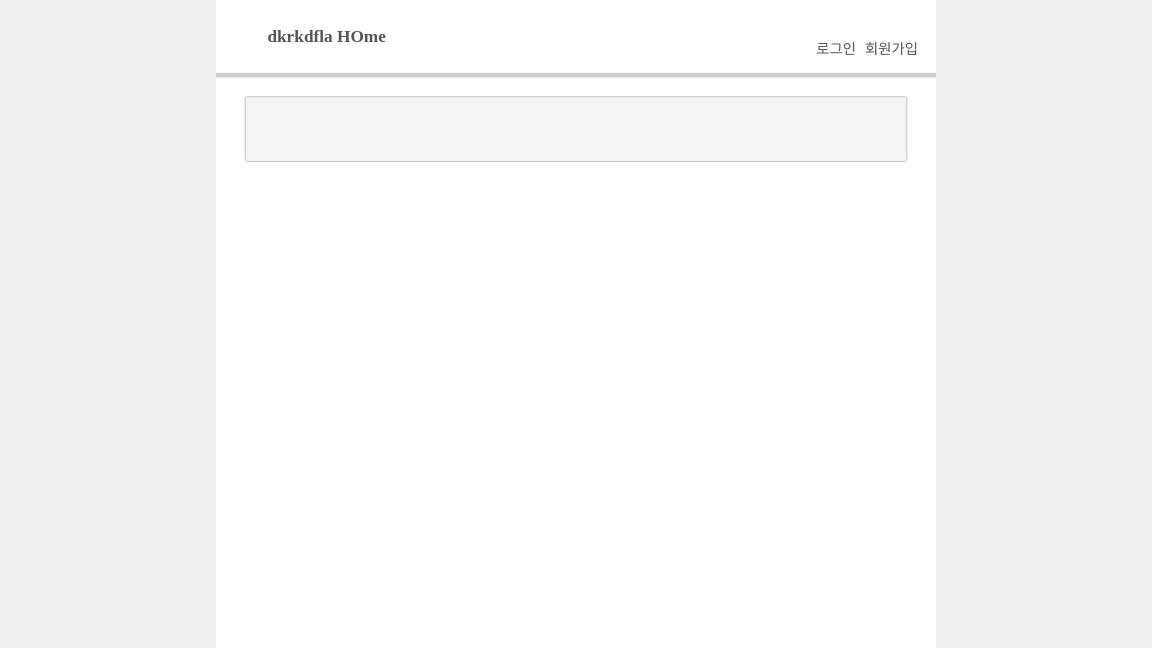
Repository: Dusajang/JSPClass
Page: http://localhost/jspPro/days02/ex03.jsp
These files come from the project's save history. The page is drawn as it stood at one moment and after the next save; the edit follows.
The browser window is 1280 px wide. The pictures show the whole page, at 90% of full size.
Some web fonts or font styles are not loaded; a fallback is used. The page is served by Tomcat 9. Other server files are loaded and not shown.

Above is the page before, as saved 2024-10-16 06:15:17.

### jspPro/src/main/webapp/days02/ex03.jsp
<%@ page contentType="text/html; charset=UTF-8" pageEncoding="UTF-8"%>
<!DOCTYPE html>
<html>
<head>
<meta charset="UTF-8">
<title>Insert title here</title>
<link rel="shortcut icon" type="image/x-icon" href="http://localhost/jspPro/images/SiSt.ico">
<script src="https://ajax.googleapis.com/ajax/libs/jquery/3.7.1/jquery.min.js"></script>
<meta name="viewport" content="width=device-width, initial-scale=1.0">
<meta name="google" content="notranslate">
<link rel="stylesheet" href="http://localhost/jspPro/resources/cdn-main/example.css">
<script src="http://localhost/jspPro/resources/cdn-main/example.js"></script>
<style>
 span.material-symbols-outlined{
    vertical-align: text-bottom;
 }
</style>
</head>
<body>
<header>
  <h1 class="main"><a href="#" style="position: absolute;top:30px;">dkrkdfla HOme</a></h1>
  <ul>
    <li><a href="#">로그인</a></li>
    <li><a href="#">회원가입</a></li>
  </ul>
</header>
<div>
  <xmp class="code">

  </xmp>
</div>
</body>
</html>

### jspPro/src/main/webapp/resources/cdn-main/example.css
@charset "UTF-8";

@import url('https://fonts.googleapis.com/css2?family=Material+Symbols+Outlined:opsz,wght,FILL,GRAD@20..48,100..700,0..1,-50..200');

@font-face {
    font-family: 'GmarketSansMedium';
    src: url('https://cdn.jsdelivr.net/gh/projectnoonnu/noonfonts_2001@1.1/GmarketSansMedium.woff') format('woff');
    font-weight: normal;
    font-style: normal;
}

:root {
	--text-color: #555;
	--sub-text-color: #777;
	--back-color: #EFEFEF;
	--header-color: #444;
	--primary-color: #DEDEDE;
	--secondary-color: #EFEFEF;
	--default-width: 800px;
	--narrow-width: 500px;
	--wide-width: 1200px;
	--text-font: 'GmarketSansMedium';
	--icon-font: 'Material Symbols Outlined';
	--border-color: #CCC;
}

html, body {
	margin: 0;
	padding: 0;
}

html {
	background-color: var(--back-color);
	display: flex;
	justify-content: center;
	min-height: 100vh;
}

body, body.default {
	width: var(--default-width);
	background-color: white;
	padding-bottom: 120px;
}

body.wide {
	width: var(--wide-width);
}

body.narrow {
	width: var(--narrow-width);
}



body, p, div, span, a, input, select, option, textarea, button, table, th, td, label, fieldset, legend {
	font-family: var(--text-font);
	color: var(--text-color);
}

h1, h2, h3 {
	font-family: var(--text-font);
	color: var(--header-color);
	padding: 0 1rem;
	padding-top: .5rem;
}

div > h1, div > h2, div > h3 {
	padding: 0;
}

body > div, body > main > div {
	padding: 0.3rem 1rem;
}


h1 { font-size: 2rem; border-bottom: 1px solid var(--border-color); }
h1 small { font-size: 1.2rem; color: var(--sub-text-color); }
h2 { font-size: 1.5rem; border-bottom: 1px dashed var(--border-color); }
h2 small { font-size: 1.1rem; color: --sub-text-color; }
h3 { font-size: 1.2rem; }
h3 small { font-size: 1rem; color: --sub-text-color; }



h1.main::before {
	font-family: var(--icon-font);
  	content: '\e666';
  	margin-right: 10px;
  	float: left;
	font-size: 2.5rem;
}

h1.sub::before {
	font-family: var(--icon-font);
  	content: '\ea19';
  	margin-right: 10px;
  	float: left;
	font-size: 2.5rem;
}


h1.page::before {
	font-family: var(--icon-font);
  	content: '\e0e0';
  	margin-right: 10px;
  	float: left;
	font-size: 2.5rem;
}

body > header > ul > li > .active{
	background-color: #FFF;
	color:#F00;
}

body > header {
	display: flex;
	justify-content: space-between;
	border-bottom: 5px solid var(--border-color);
	min-height: 74px;
	background-color: #FFF;
}

body > header.sticky {
	position: sticky;
	top: 0;
	z-index: 98;
}

body > header > h1 {
	font-size: 1.2rem;
	border: 0;
}

body > header.in > h1::before {
	font-family: var(--icon-font);
  	content: '\e332‥';
  	margin-right: 3px;
  	float: left;
	font-size: 2rem;
}


body > header > ul {
	list-style-type: none;
	display: flex;
	align-items: flex-end;
	margin-right: 10px;
}

body > header > ul > li {
	margin-right: 10px;
	cursor: pointer;
}

body > header > ul > li > a {
	cursor: pointer;
}


form {
	display: block;
}

form > div {
	padding: 0.3rem 1rem;
}

div > form > div {
	padding: 0.3rem 0;
}

input, textarea, button, select {
	border: 1px solid #BBB;
	border-radius: 3px;
	outline: none;
	resize: none;
	padding: 7px;
	margin: 0;
}

input[type=text]:read-only, textarea:read-only {
	cursor: not-allowed;
	background-color: #FFF;
}

input[type=text]:disabled, textarea:disabled {
	cursor: not-allowed;
	background-color: #EEE;
}

input[type=text], input[type=password], textarea, button, select {
	/* width: 300px; */
}

textarea {
	display: block;
	height: 100px;
}

input[type=button], input[type=submit], button {
	/* width: inherit; */
}

input.short, textarea.short, button.short, select.short {
	width: 100px;
}

input.long, textarea.long, button.long, select.long {
	width: 350px;
}

.narrow input.long, .narrow textarea.long, .narrow button.long, .narrow select.long {
	width: calc(100% - 20px);
}

input.full, textarea.full, button.full, select.full {
	width: calc(100% - 20px);
}

textarea.short {
	height: 50px;
}

textarea.long {
	height: 100px;
}

textarea.full {
	height: 200px;
}

input, textarea {
	padding-top: 8px;
}

input[type=button], input[type=submit], button {
	padding: 5px 10px;
	background-color: var(--secondary-color);
	cursor: pointer;
	min-height: 36px;
}

input[type=button].primary, input[type=submit].primary, button.primary {
	/* background-color: rgba(100, 149, 237, .2); */
	background-color: var(--primary-color);
}

input[type=button].primary:hover, input[type=submit].primary:hover, button.primary:hover {
	/* background-color: rgba(100, 149, 237, .3); */
	background-color: var(--secondary-color);
}

input[type=button]:hover, input[type=submit]:hover, button:hover {
	background-color: var(--primary-color);
}

button {
	position: relative;
	left: 0;
	top: 0;
	padding-left: 35px;
}

button .material-symbols-outlined {
	position: absolute;
	left: 10px;
	top: 4px;
}

/* k2nik add */
button.login::before {
	font-family: var(--icon-font);
  	content: '\ea77';
	position: absolute;
	left: 11px;
	top: 4px;
	font-size: 1.25rem;
}

/* k2nik logout */
button.logout::before {
	font-family: var(--icon-font);
  	content: '\e9ba';
	position: absolute;
	left: 11px;
	top: 4px;
	font-size: 1.25rem;
}

/* k2nik help */
button.help::before {
	font-family: var(--icon-font);
  	content: '\f1c0';
	position: absolute;
	left: 11px;
	top: 4px;
	font-size: 1.25rem;
}

button.add::before{
	font-family: var(--icon-font);
  	content: '\e746';
	position: absolute;
	left: 11px;
	top: 4px;
	font-size: 1.25rem;
}

button.back::before {
	font-family: var(--icon-font);
  	content: '\e166';
	position: absolute;
	left: 11px;
	top: 4px;
	font-size: 1.25rem;
}

button.list::before {
	font-family: var(--icon-font);
  	content: '\e0ee';
	position: absolute;
	left: 11px;
	top: 4px;
	font-size: 1.25rem;
}


button.del::before {
	font-family: var(--icon-font);
  	content: '\e872';
	position: absolute;
	left: 11px;
	top: 4px;
	font-size: 1.25rem;
}


button.edit::before {
	font-family: var(--icon-font);
  	content: '\e745';
	position: absolute;
	left: 11px;
	top: 4px;
	font-size: 1.25rem;
}


button.login::before {
	font-family: var(--icon-font);
  	content: '\ea77';
	position: absolute;
	left: 11px;
	top: 4px;
	font-size: 1.25rem;
}


button.logout::before {
	font-family: var(--icon-font);
  	content: '\e9ba';
	position: absolute;
	left: 11px;
	top: 4px;
	font-size: 1.25rem;
}


button.in::before {
	font-family: var(--icon-font);
  	content: '\f71a';
	position: absolute;
	left: 11px;
	top: 4px;
	font-size: 1.25rem;
}


button.out::before {
	font-family: var(--icon-font);
  	content: '\f70e';
	position: absolute;
	left: 11px;
	top: 4px;
	font-size: 1.25rem;
}


button.reply::before {
	font-family: var(--icon-font);
  	content: '\e15e';
	position: absolute;
	left: 11px;
	top: 4px;
	font-size: 1.25rem;
}


button.comment::before {
	font-family: var(--icon-font);
  	content: '\e0b9';
	position: absolute;
	left: 11px;
	top: 4px;
	font-size: 1.25rem;
}


button.modal::before {
	font-family: var(--icon-font);
  	content: '\e89e';
	position: absolute;
	left: 11px;
	top: 4px;
	font-size: 1.25rem;
}


button.ok::before {
	font-family: var(--icon-font);
  	content: '\e86c';
	position: absolute;
	left: 11px;
	top: 4px;
	font-size: 1.25rem;
}


button.cancel::before {
	font-family: var(--icon-font);
  	content: '\e5c9';
	position: absolute;
	left: 11px;
	top: 4px;
	font-size: 1.25rem;
}

button.search::before {
	font-family: var(--icon-font);
  	content: '\e8b6';
	position: absolute;
	left: 11px;
	top: 4px;
	font-size: 1.25rem;
}

button.home::before {
	font-family: var(--icon-font);
  	content: '\e88a';
	position: absolute;
	left: 11px;
	top: 4px;
	font-size: 1.25rem;
}


button.sidebar::before {
	font-family: var(--icon-font);
  	content: '\f7e4';
	position: absolute;
	left: 11px;
	top: 4px;
	font-size: 1.25rem;
}


button.sidebar-right::before {
	font-family: var(--icon-font);
  	content: '\f7e5';
	position: absolute;
	left: 11px;
	top: 4px;
	font-size: 1.25rem;
}




button::before {
	font-family: var(--icon-font);
  	content: '\e323';
	position: absolute;
	left: 11px;
	top: 4px;
	font-size: 1.25rem;
}


table {
	border-collapse: collapse;
	margin: 1rem;
	box-sizing: border-box;
	width: calc(100% - 32px);
}

table.content {
	width: auto;
}

div > table {
	margin: 0;
}

table th, table td {
	border: 1px solid var(--border-color);
	padding: 7px;
	font-weight: normal;
}

table th {
	background-color: var(--back-color);
}

table.vertical th {
	width: 150px;
}

table.vertical td {
	width: calc(100% - 182px);
	padding-left: 10px;
}

table.content td, table.content th {
	width: auto;
}

body.narrow table.vertical th {
	width: 100px;
}

body.narrow table.vertical td {
	width: calc(100% - 182px);
}


table + table {
	margin-top: 30px;
}


p {
	padding: 0 1rem;
}

a {
	text-decoration: none;
}

a:hover {
	color: rgba(255, 99, 71, .7);
}

hr {
	border: 0;
	border-top: 1px solid var(--border-color);
	margin: 2rem 0;
}

.message {
	border: 1px solid var(--border-color);
	background-color: #EFEFEF;
	margin: 1rem;
	width: auto;
	padding-top: 10px;
	padding-bottom: 10px;
	font-size: 14px;
}

.message[title]::before {
	content: attr(title);
	display: block;
	border-bottom: 1px solid var(--border-color);
	padding-bottom: 5px;
	margin-bottom: 10px;
	margin-top: 7px;
}

.message.short {
	max-width: 250px;
}

.message.long {
	max-width: 500px;
}

.badge {
	float: right;
	font-size: .8rem;
	margin-top: 2px;
	margin-right: 2px;
	text-shadow: 0 0 7px gray;
}

.badge.left {
	float: none;
	margin-left: 2px;
}

.badge.right {
	float: right;
}

.badge.red {
	border-radius: 50%;
	padding: 2px 5px;
	background-color: rgb(255, 99, 71, .3);
}

.badge.yellow {

	border-radius: 50%;
	padding: 2px 5px;
	background-color: rgb(255, 215, 0, .5);
}

.badge.blue {
	border-radius: 50%;
	padding: 2px 5px;
	background-color: rgb(100, 149, 237, .3);
}

label + label {
	margin-left: 7px;
}

label input[type=checkbox], label input[type=radio] {
	transform: translate(0, 1px);
}

.group {
	display: flex;
}

.modal-content .group {
	margin-bottom: .5rem;
}

.group label {
	border: 1px solid #BBB;
	border-radius: 3px;
	outline: none;
	resize: none;
	padding: 7px 14px;
	margin: 0;
	border-top-right-radius: 0;
	border-bottom-right-radius: 0;
	background-color: #EFEFEF;
	white-space: nowrap;
	font-size: 14px;
}

.group input[type=text] {
	margin-left: -1px;
	border-top-left-radius: 0;
	border-bottom-left-radius: 0;
}

.group select {
	margin-left: -1px;
	border-top-left-radius: 0;
	border-bottom-left-radius: 0;
}

.group input.full[type=text] {
	margin-left: -1px;
	border-top-left-radius: 0;
	border-bottom-left-radius: 0;
	width: 100%;
}

.group input[type=button]:first-child, .group button:first-child {
	border-top-left-radius: 3px;
	border-bottom-left-radius: 3px;
	margin-left: 0px;
}

.group input[type=button], .group button {
	border-radius: 0;
	margin-left: -1px;
}

.group input[type=button]:last-child, .group button:last-child {
	margin-left: -1px;
	border-top-right-radius: 3px;
	border-bottom-right-radius: 3px;
}

.seperate {
	display: flex;
	justify-content: space-between;
}

div.list {
	width: max-content;
	margin: 1rem;
	border: 1px solid #BBB;
	border-radius: 3px;
	padding: 0;
}

div.list.full {
	width: auto;
	display: block;
	margin: 1rem;
	border: 1px solid #BBB;
	border-radius: 3px;
	padding: 0;
}

div.list > div {
	padding: .5rem 1rem;
	margin: 0;
	border-bottom: 1px solid #BBB;
}

div.list > div:last-child {
	border-bottom: 0;
}

pre.code , xmp.code{
	font-family: consols;
	background-color: rgba(150, 150, 150, .1);
	border: 1px solid #BBB;
	border-radius: 3px;
	padding: .5rem 1rem;
	padding-bottom: .6rem;
	margin: 1rem;
}




*[data-modal-window] {
	position: fixed;
	background-color: rgba(0, 0, 0, .3);
	left: 0;
	top: 0;
	display: none;
	justify-content: center;
	align-items: flex-start;
	width: 100%;
	min-height: 100vh;
	z-index: 100;
	opacity: 0;
	transition: 500ms all;
}

*[data-modal-window] .modal-container {
	border-radius: 5px;
	padding: 1rem;
	padding-bottom: .5rem;
	margin-top: -500px;
	opacity: 0;
	width: 500px;
	background-color: #FFF;
	margin-right: 2rem;
	transition: 500ms all;
}

*[data-modal-size=content] .modal-container {
	width: auto;
}

*[data-modal-size=narrow] .modal-container {
	width: 300px;
}

*[data-modal-size=wide] .modal-container {
	width: 760px;
}


*[data-modal-window] .modal-header {
	border-bottom: 1px solid var(--border-color);
	padding: 2px 5px;
}

*[data-modal-window] .modal-content {
	padding: 1rem 5px;
}

*[data-modal-window] .modal-content div:last-child {
	margin-top: 1rem;
	text-align: right;
}



*[data-sidebar-window] {
	position: fixed;
	background-color: #FFF;
	left: 0;
	top: 0;
	display: block;
	width: 300px;
	border-right: 1px solid var(--border-color);
	box-sizing: border-box;
	box-shadow: 0 0 3px var(--back-color);
	min-height: 100vh;
	z-index: 99;
	transform: translate(-300px, 0);
	transition-duration: 500ms;
	transition-property: transform;
}

*[data-sidebar-direction=right] {
	left: auto;
	right: 0;
	transform: translate(300px, 0);
	border-left: 1px solid var(--border-color);
}

*[data-sidebar-size=wide] {
	width: 500px;
	transform: translate(-500px, 0);
}

*[data-sidebar-window] .sidebar-title {
	border-bottom: 1px solid var(--border-color);
	margin-top: 20px;
	margin-bottom: 20px;
	padding-bottom: 5px;
	display: flex;
	justify-content: space-between;
}

*[data-sidebar-window] .sidebar-title span:last-child {
	cursor: pointer;
}


/* K2Nik pagination */
.center {
  text-align: center;
}

.pagination {
  display: inline-block;
}

.pagination a {
  color: black;
  float: left;
  padding: 3px 6px;
  text-decoration: none;
  transition: background-color .3s;
  border: 1px solid #ddd;
  margin: 0 3px;
}

.pagination a.active {
  background-color: #4CAF50;
  color: white;
  border: 1px solid #4CAF50;
}

.pagination a:hover:not(.active) {background-color: #ddd;}

### jspPro/src/main/webapp/resources/cdn-main/example.js

window.onload = () => {

    const list = document.querySelectorAll('input, textarea');

    list.forEach(item => {
        item.setAttribute('autocomplete', 'off');
    });


    const modal_btn_list = document.querySelectorAll('*[data-modal-button]');

    modal_btn_list.forEach(item => {
        item.onclick = function() {

            const name = this.dataset['modalButton'];
            const modal_window = document.querySelector('*[data-modal-window=' + name);

            const container = document.createElement('div');
            container.className = 'modal-container';



            const modal_header = document.createElement('div');
            modal_header.textContent = modal_window.dataset['modalTitle'];
            modal_header.className = 'modal-header';
            container.appendChild(modal_header);

            const modal_content = document.createElement('div');
            modal_content.className = 'modal-content';
            container.appendChild(modal_content);

            Array.from(modal_window.childNodes).forEach(item => {
                modal_content.appendChild(item);
            });

            modal_window.appendChild(container);

            modal_window.style.display = 'flex';

            setTimeout(() => {
                modal_window.style.opacity = 1;
                container.style.marginTop = '20px';
                container.style.opacity = 1;
            }, 50);


            const modal_ok = document.querySelector('*[data-modal-ok=' + name);
            modal_ok.addEventListener('click', function() {
                modal_window.style.opacity = 0;
                container.style.marginTop = '-500px';
                container.style.opacity = 0;

                setTimeout(() => {
                    modal_window.innerHTML = modal_content.innerHTML;
                    modal_window.style.display = 'none';
                }, 500);

            });

            const modal_cancel = document.querySelector('*[data-modal-cancel=' + name);
            modal_cancel.addEventListener('click', function() {

                modal_window.style.opacity = 0;
                container.style.marginTop = '-500px';
                container.style.opacity = 0;

                setTimeout(() => {
                    modal_window.innerHTML = modal_content.innerHTML;
                    modal_window.style.display = 'none';
                }, 500);
            });


        };
    });


    const sidebar_btn_list = document.querySelectorAll('*[data-sidebar-button]');

    sidebar_btn_list.forEach(item => {
        item.onclick = function() {



            const name = this.dataset['sidebarButton'];
            const sidebar_window = document.querySelector('*[data-sidebar-window=' + name);

            if (sidebar_window.style.transform == 'translate(0px, 0px)') return;



            sidebar_window.style.transform = 'translate(0, 0)';

            const sidebar_title = document.createElement('div');
            sidebar_title.className = 'sidebar-title';
            sidebar_title.innerHTML = '<span>' + sidebar_window.dataset['sidebarTitle'] + '</span><span class="material-symbols-outlined">close</span>';

            sidebar_title.children[1].onclick = function() {

                let sign = 1;
                let distance = 300;

                if (sidebar_window.dataset['sidebarDirection'] != 'right') {
                    sign = -1;
                } else {
                    sign = 1;
                }

                if (sidebar_window.dataset['sidebarSize'] != 'wide') {
                    distance = 300;
                } else {
                    distance = 500;
                }

                distance *= sign;

                sidebar_window.style.transform = 'translate(' + distance + 'px, 0)';

                setTimeout(function() {
                    sidebar_window.removeChild(sidebar_window.children[0]);
                }, 500);
            };


            sidebar_window.prepend(sidebar_title);

        }
    });

};

// window.onkeydown = function(event) {

//     if (event.keyCode == 27) {
//         if (document.querySelector('[data-modal-window').style.display == 'flex') {
//             document.querySelector('[data-modal-window').style.display = 'none';
//         }
//     }

// };

After the next save:
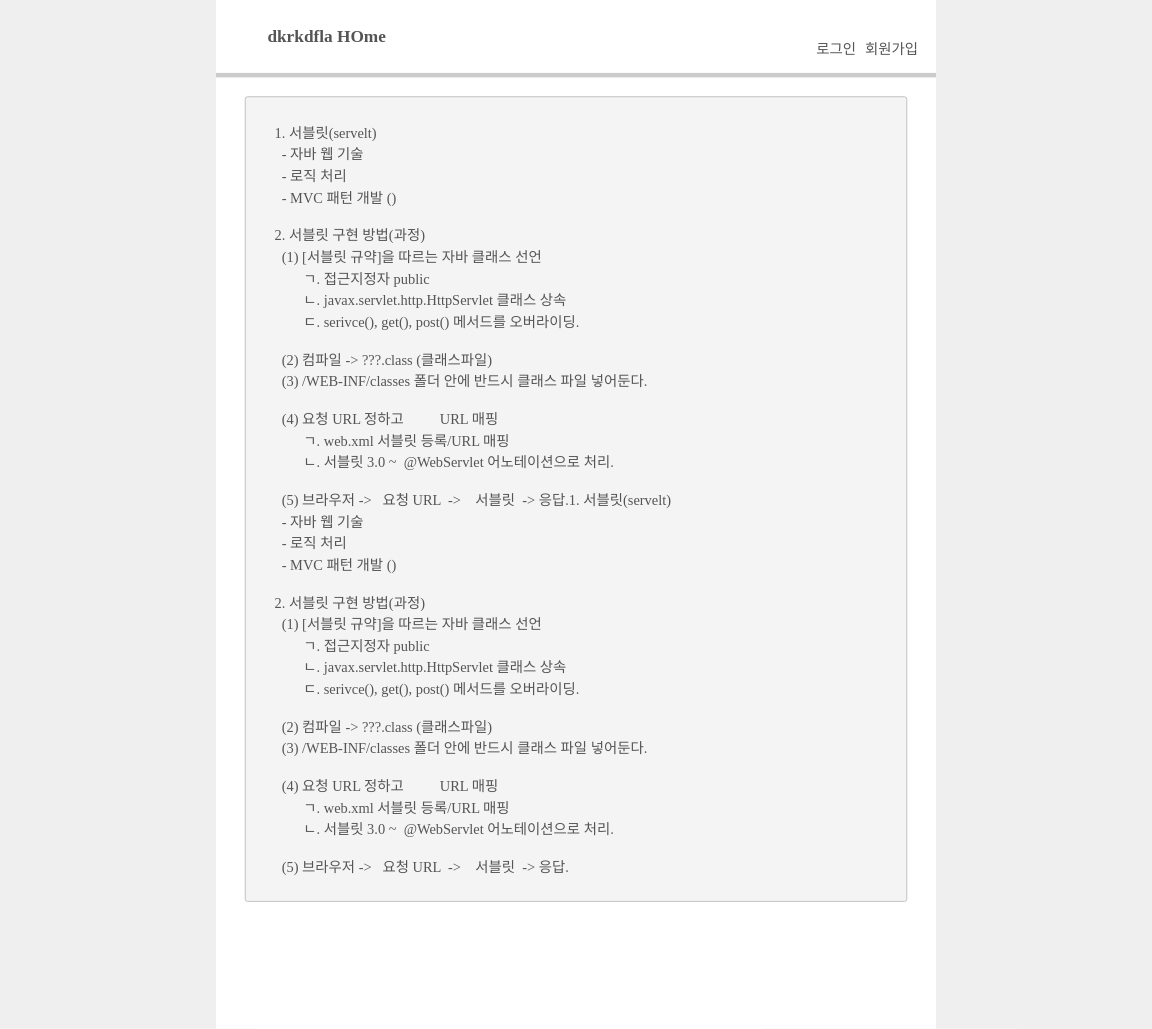
Saved 8 min 2 s later.
--- a/jspPro/src/main/webapp/days02/ex03.jsp
+++ b/jspPro/src/main/webapp/days02/ex03.jsp
@@ -26,7 +26,43 @@
 </header>
 <div>
   <xmp class="code">
+    1. 서블릿(servelt)
+      - 자바 웹 기술
+      - 로직 처리
+      - MVC 패턴 개발 ()
 
+    2. 서블릿 구현 방법(과정)
+      (1) [서블릿 규약]을 따르는 자바 클래스 선언
+            ㄱ. 접근지정자 public
+            ㄴ. javax.servlet.http.HttpServlet 클래스 상속
+            ㄷ. serivce(), get(), post() 메서드를 오버라이딩.
+
+      (2) 컴파일 -> ???.class (클래스파일)
+      (3) /WEB-INF/classes 폴더 안에 반드시 클래스 파일 넣어둔다.
+
+      (4) 요청 URL 정하고          URL 매핑
+            ㄱ. web.xml 서블릿 등록/URL 매핑
+            ㄴ. 서블릿 3.0 ~  @WebServlet 어노테이션으로 처리.
+
+      (5) 브라우저 ->   요청 URL  ->    서블릿  -> 응답.1. 서블릿(servelt)
+      - 자바 웹 기술
+      - 로직 처리
+      - MVC 패턴 개발 ()
+
+    2. 서블릿 구현 방법(과정)
+      (1) [서블릿 규약]을 따르는 자바 클래스 선언
+            ㄱ. 접근지정자 public
+            ㄴ. javax.servlet.http.HttpServlet 클래스 상속
+            ㄷ. serivce(), get(), post() 메서드를 오버라이딩.
+
+      (2) 컴파일 -> ???.class (클래스파일)
+      (3) /WEB-INF/classes 폴더 안에 반드시 클래스 파일 넣어둔다.
+
+      (4) 요청 URL 정하고          URL 매핑
+            ㄱ. web.xml 서블릿 등록/URL 매핑
+            ㄴ. 서블릿 3.0 ~  @WebServlet 어노테이션으로 처리.
+
+      (5) 브라우저 ->   요청 URL  ->    서블릿  -> 응답.
   </xmp>
 </div>
 </body>
